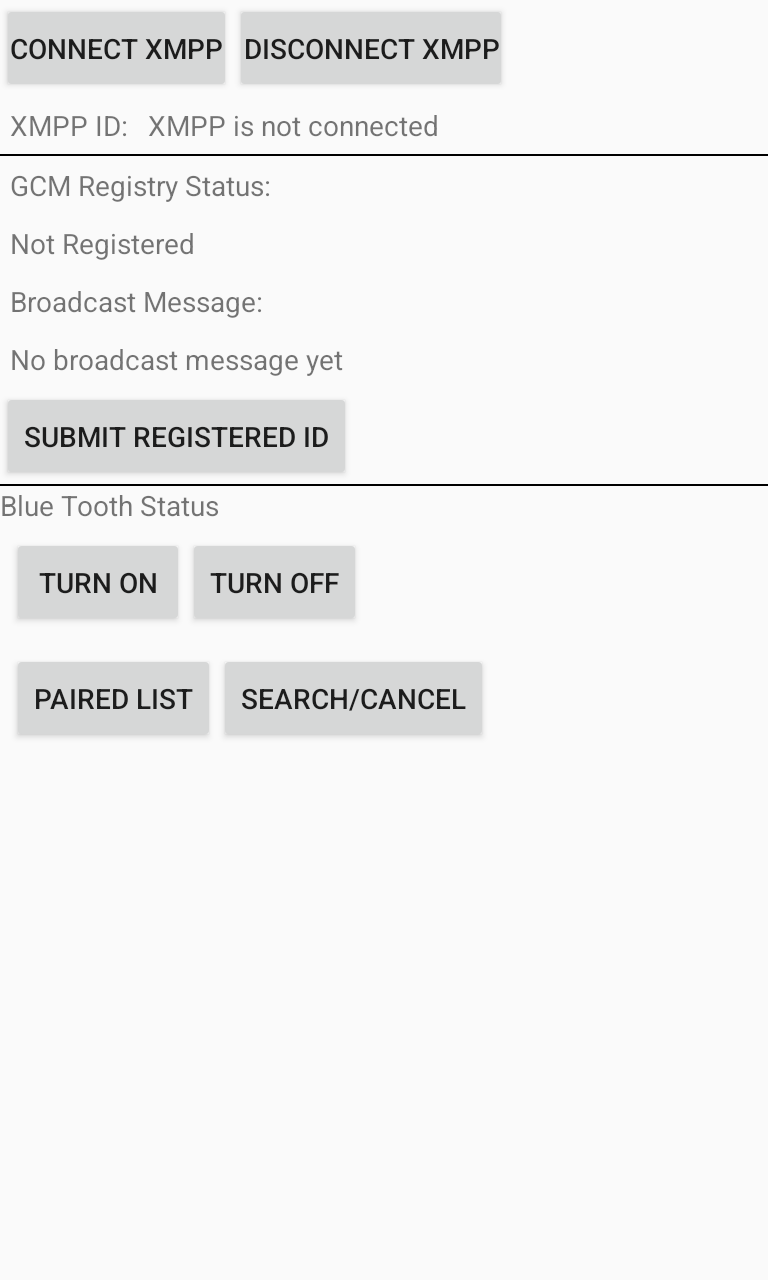
Repository: AlanTai/prjAppIntegration
Layout: prjCandyHouse/res/layout/activity_main.xml
An editor plug-in stored every save of this project. The layout is shown before and after the next save, followed by the edit.
It is drawn on a 768 x 1280 px phone screen (xhdpi) without system bars, with theme AppTheme; the app's code is not run. Lists and similar views that code fills are empty.

Above is the layout before, as saved 2014-11-12 04:33:11.

After the next save:
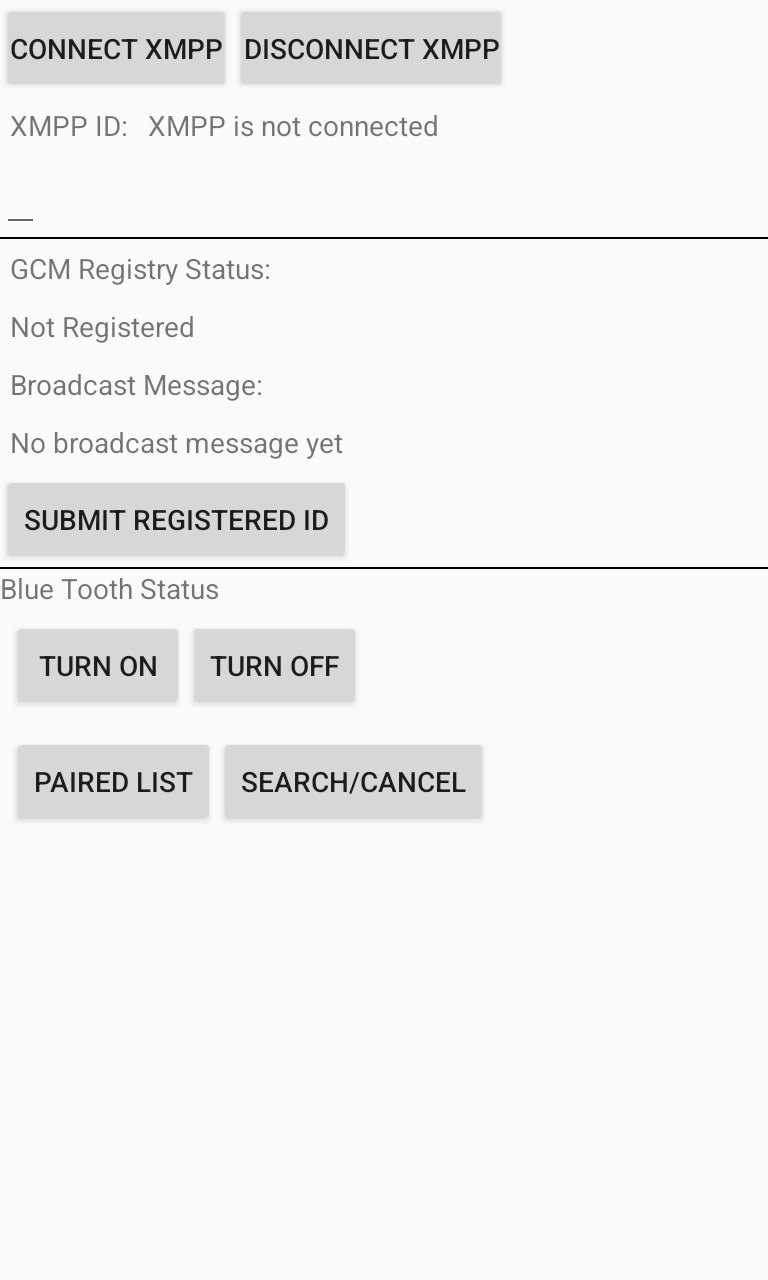
Saved 111 s later.
--- a/prjCandyHouse/res/layout/activity_main.xml
+++ b/prjCandyHouse/res/layout/activity_main.xml
@@ -41,6 +41,17 @@
             android:layout_height="wrap_content"
             android:padding="5dp"
             android:text="@string/txtXMPPID" />
+    </LinearLayout>
+
+    <LinearLayout
+        android:layout_width="wrap_content"
+        android:layout_height="wrap_content"
+        android:orientation="vertical">
+
+        <EditText
+            android:layout_width="match_parent"
+            android:layout_height="fill_parent"/>
+
     </LinearLayout>
 
     <TextView
